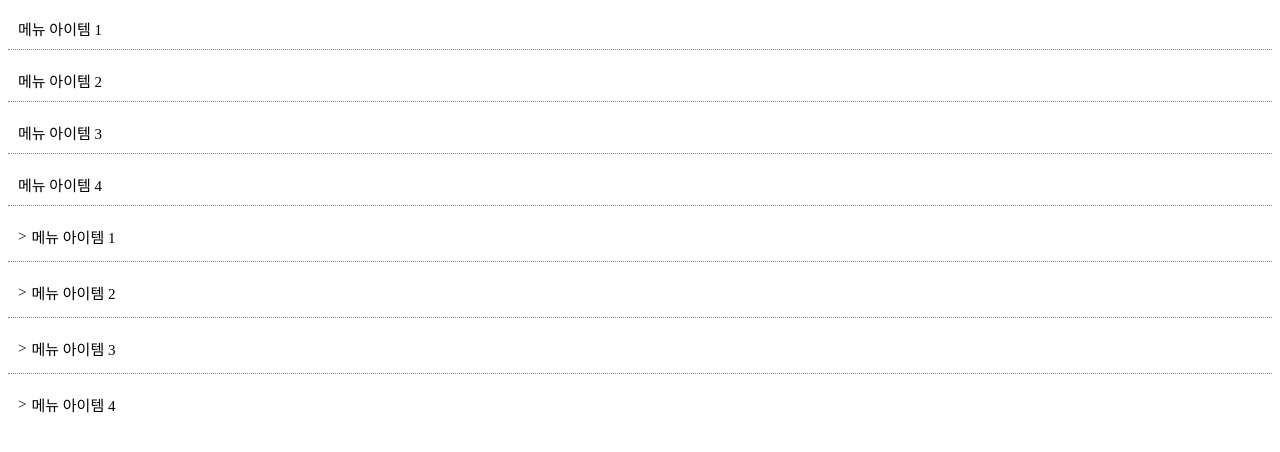
Repository: jelly02/workspace_web
Page: 04.css_basic/src/main/webapp/listView.html
These files come from the project's save history. The page is drawn as it stood at one moment and after the next save; the edit follows.
The browser window is 1280 px wide. The pictures show the whole page.

Above is the page before, as saved 2021-06-28 06:36:02.

After the next save:
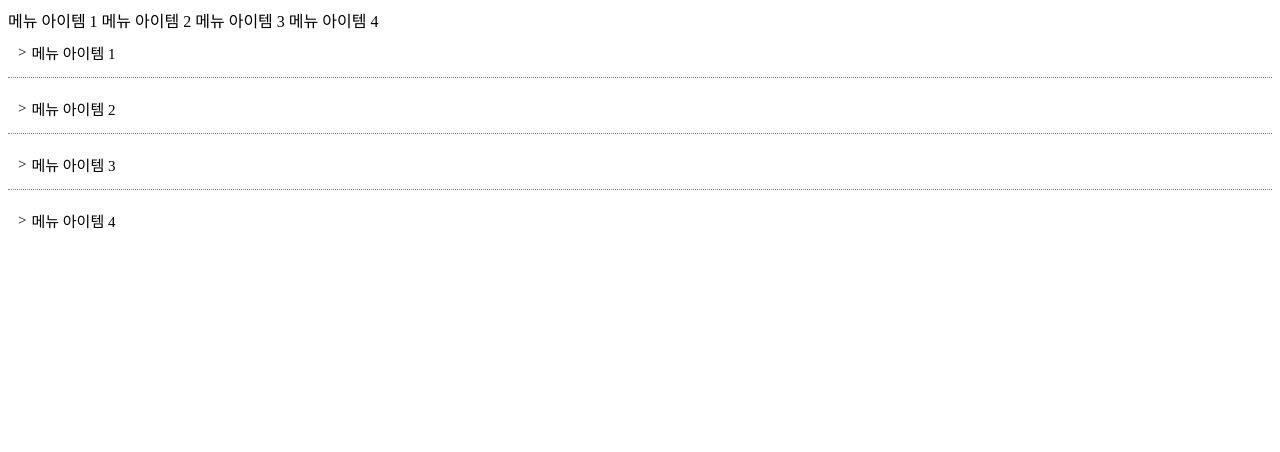
Saved 1 s later.
--- a/04.css_basic/src/main/webapp/css/common.css
+++ b/04.css_basic/src/main/webapp/css/common.css
@@ -39,8 +39,5 @@ ul.menu_item2, ol.menu_item2 {
 
 /* ul, ol의 li 설정 */
 ul.menu_item2 li, ol.menu_item2 li {
-	padding: 10px 0 10px 10px;
-	margin-bottom: 10px;
-	border-bottom: dotted 1px gray;
-	font-size: 15px;
+		display : inline;
 }
